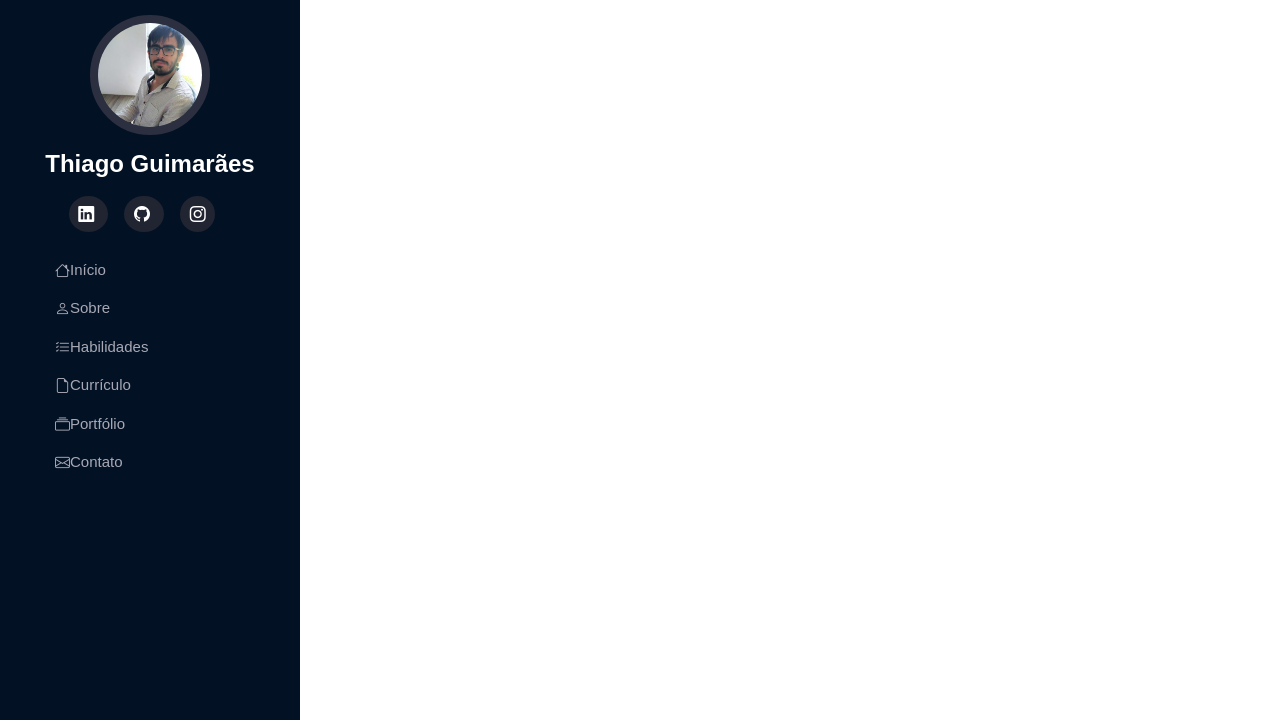
Repository: Rayago/projeto-portfolio
Page: http://localhost/
The author's editor kept a copy of each file at every save. The page is drawn from the files as they stood at one save, then again after the next save.
The browser window is 1280 px wide. The pictures show the whole page.
Some web fonts or font styles are not loaded; a fallback is used. The page is served by the project's application, run on Flask 3 (app.py).

Above is the page before, as saved 2022-07-11 23:23:47.

### templates/index.html
<!DOCTYPE html>
<html lang="pt-br">
<head>
    <meta charset="UTF-8">
    <meta http-equiv="X-UA-Compatible" content="IE=edge">
    <meta name="viewport" content="width=device-width, initial-scale=1.0">
    <link rel="stylesheet" href="../static/bootstrap/css/bootstrap.css">
    <link rel="stylesheet" href="../static/style.css">
    <link rel="icon" type="image/png" href="../static/img">
    <link rel="stylesheet" href="https://cdn.jsdelivr.net/npm/bootstrap-icons@1.8.3/font/bootstrap-icons.css">
    <title>Thiago Guimarães</title>
</head>
<body>

    <aside id="header">
        <section class="profile">
            <img src="../static/img/meu_perfil.jpg" alt="Foto Perfil"/>
            <h1>Thiago Guimarães</h1>
            <div class="social-links mt-4 text-center">
                <a target="_blank" href="https://www.linkedin.com/in/raymundo-thiago">
                    <i class="bi bi-linkedin"></i>
                </a>
                <a target="_blank" href="https://www.github.com/Rayago">
                    <i class="bi bi-github"></i>
                </a>
                <a target="_blank" href="https://www.instagram.com/estudatech">
                    <i class="bi bi-instagram"></i>
                </a>
            </div>
        </section>

        <nav id="navbar" class="nav-menu">
            <ul class="nav flex-column">
                <li class="nav-item">
                  <a class="nav-link active" aria-current="page" href="#"><i class="bi bi-house" aria-hidden="true"></i> Início</a>
                </li>
                <li class="nav-item">
                  <a class="nav-link" href="#"><i class="bi bi-person" aria-hidden="true"></i> Sobre</a>
                </li>
                <li class="nav-item">
                  <a class="nav-link" href="#"><i class="bi bi-list-check" aria-hidden="true"></i> Habilidades</a>
                </li>
                <li class="nav-item">
                    <a class="nav-link active" aria-current="page" href="#"><i class="bi bi-file-earmark" aria-hidden="true"></i> Currículo</a>
                </li>
                <li class="nav-item">
                    <a class="nav-link" href="#"><i class="bi bi-collection" aria-hidden="true"></i> Portfólio</a>
                </li>
                <li class="nav-item">
                    <a class="nav-link" href="#"><i class="bi bi-envelope" aria-hidden="true"></i> Contato</a>
                </li>
              </ul>
        </nav>

    </aside>


    <script src="../static/bootstrap/js/bootstrap.bundle.min.js"></script>
    <script src="../static/script.js"></script>
</body>
</html>

### app.py
from flask import Flask, render_template, redirect

app = Flask(__name__)

@app.route('/')
def index():
    return render_template('index.html')

if __name__ == '__main__':
    app.run(debug=True)

### static/style.css
@import url('https://fonts.googleapis.com/css2?family=Ubuntu:ital,wght@0,300;0,400;0,500;0,700;1,300;1,400;1,500;1,700&display=swap');

html, body {
    font-family: Ubuntu, Arial;
    width: 100%;
    height: 100%;
}

#header {
    position: fixed;
    top: 0;
    left: 0;
    bottom: 0;
    background: #021124;
    overflow-y: auto;
    width: 300px;
    transition: all ease-in-out 0.5s;
    padding: 0 15px;
    z-index: 9997;
}

#header .profile img {
    margin: 15px auto;
    display: block;
    width: 120px;
    border: 8px solid #2c2f3f;
    border-radius: 50%;
}

#header .profile h1 {
    font-size: 24px;
    margin: 0;
    padding: 0;
    font-weight: 600;
    text-align: center;
    color: white;
}

#header .profile .social-links a {
    font-size: 1rem;
    background: #212431;
    color: #fff;
    padding: 0.6rem;
    margin-right: 1rem;
    border-radius: 50%;
    transition: 0.3s;
    text-decoration: none;
}

#header .profile .social-links a:hover {
    background: #149ddd;
}

.nav-menu {
    padding: 1.5rem;
}

.nav-menu a,
.nav-menu a:focus {
    display: flex;
    align-items: center;
    color: #a8a9b4;
    transition: 0.3s;
    font-size: 15px;
}

.nav-menu a i,
.nav-menu a:focus i {
    display: flex;
    align-items: center;
    color: #a8a9b4;
    transition: 0.3s;
    font-size: 15px;
}

Loaded but not shown: static/bootstrap/css/bootstrap.css (library); static/bootstrap/js/bootstrap.bundle.min.js (library); static/script.js (no stored copy; drawn as an empty file)

After the next save:
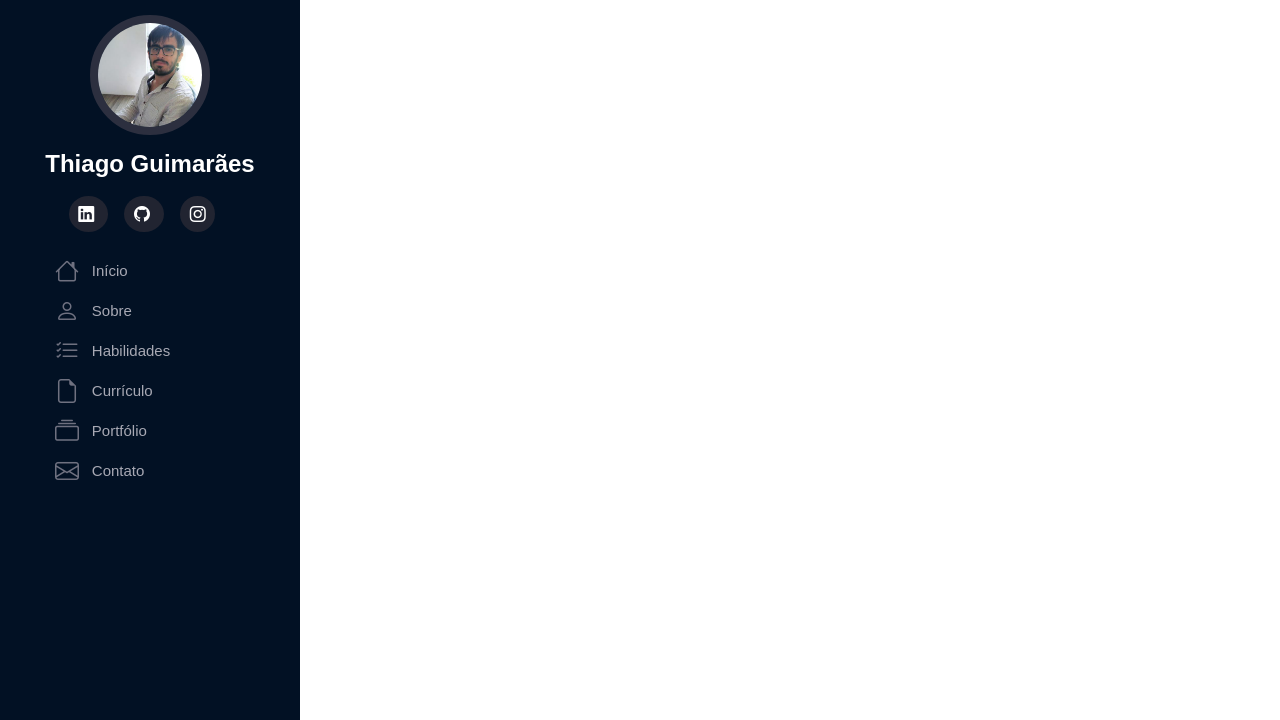
Saved 34 s later.
--- a/static/style.css
+++ b/static/style.css
@@ -70,5 +70,7 @@ html, body {
     align-items: center;
     color: #a8a9b4;
     transition: 0.3s;
-    font-size: 15px;
+    font-size: 24px;
+    padding-right: 0.8rem;
+    color: #6f7180;
 }
